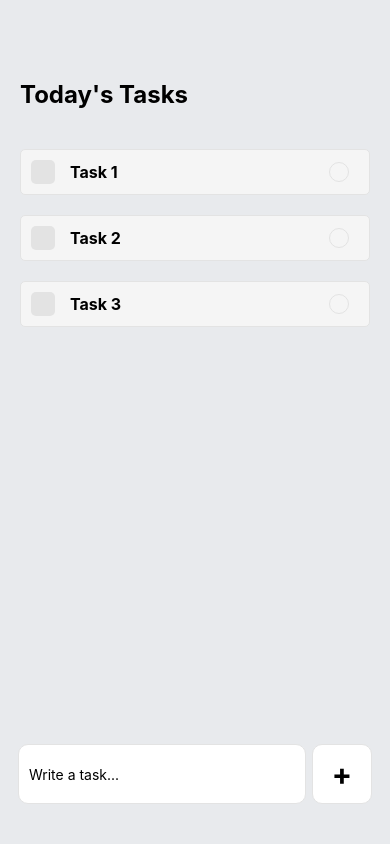
Repository: lomelo-x/ToDo-App
Screen: /
The author's editor kept a copy of each file at every save. The screen is drawn from the files as they stood at one save, then again after the next save.
The app was drawn by React Native's web renderer in a window 390 px wide. The project was rebuilt for these pictures with package versions that can differ from the ones it lists, and the page was loaded fresh each time.

Above is the screen before, as saved 2022-06-17 21:48:59.

### App.js
import { StatusBar } from 'expo-status-bar';
import React, { useState } from 'react';
import { StyleSheet, Text, View, KeyboardAvoidingView, Platform, TextInput, TouchableOpacity } from 'react-native';
import Task from './components/Task';

export default function App() {
	const [task, setTask] = useState();
	const [taskItems, setTaskItems] = useState([]);

	const handleAddTask = () => {
		setTaskItems([...taskItems, task]);
		setTask(null);
			console.log(task)
		}

	return (
		<View style={styles.container}>
			<View style={styles.todoContainer}>
				<Text style={styles.sectionTitle}>Today's Tasks</Text>
				<View style={styles.itemsContainer}>
					{taskItems.map((item, index) => (
						<Task key={index} text={item} />
					))}
					<Task text={'Task 1'} />
					<Task text={'Task 2'}/>
					<Task text={'Task 3'}/>
				</View>
			</View>
			<KeyboardAvoidingView
			behavior={Platform.OS === 'ios' ? 'padding' : "height" }
			style={styles.writeTaskContainer}>
				<TextInput style={styles.writeTaskInput} placeholder={"Write a task..."} value={task} onChangeText={text => setTask(text)} />
				<TouchableOpacity onPress={() => handleAddTask}>
					<View style={styles.addTaskButton}>
						<Text style={styles.addTaskButtonText}>+</Text>
					</View>
				</TouchableOpacity>
			</KeyboardAvoidingView>
		</View>
	);
}

const styles = StyleSheet.create({
	container: {
		flex: 1,
		backgroundColor: '#E8EAED',
	},
	todoContainer: {
		paddingTop: 80,
		paddingHorizontal: 20,
	},
	sectionTitle: {
		fontSize: 24,
		fontWeight: 'bold',
		marginBottom: 20,
	},
	itemsContainer: {
		marginTop: 20,
	},
	writeTaskContainer: {
		position: 'absolute',
		bottom: 5,
		width: '100%',
		flexDirection: 'row',
		alignItems: 'center',
		justifyContent: 'space-around',
		paddingHorizontal: 15,
		paddingVertical: 15,
		borderRadius: 10,
		marginTop: 20,
	},
writeTaskInput: {
		borderWidth: 1,
		backgroundColor: '#fff',
		borderColor: '#e3e3e3',
		borderRadius: 10,
		padding: 10,
		marginBottom: 20,
		width: '80%',
		height: 60,
	},
addTaskButton: {
		backgroundColor: '#fff',
		borderRadius: 10,
		borderWidth: 1,
		borderColor: '#e3e3e3',
		marginBottom: 20,
		width: 60,
		height: 60,
		alignItems: 'center',
		justifyContent: 'center',
	},
addTaskButtonText: {
		fontSize: 30,
		textAlign: 'center',
		fontWeight: 'bold',
	},
});

### components/Task.js
import React from 'react';
import { View, Text, StyleSheet, TouchableOpacity } from 'react-native';

const Task = ({ text }) => {
	return (
		<View style={styles.taskContainer}>
			<View style={styles.taskLeft}>
				<TouchableOpacity style={styles.square}></TouchableOpacity>
				<Text style={styles.taskText}>{text}</Text>
			</View>
			<View style={styles.taskRight}></View>
		</View>
	);
};

const styles = StyleSheet.create({
	taskContainer: {
		backgroundColor: '#f5f5f5',
		padding: 10,
		marginBottom: 10,
		borderRadius: 5,
		borderWidth: 1,
		borderColor: '#e3e3e3',
		flexDirection: 'row',
		alignItems: 'center',
		justifyContent: 'space-between',
		marginBottom: 20,
	},
	taskText: {
		fontSize: 16,
		fontWeight: 'bold',
	},
	taskLeft: {
		flexDirection: 'row',
		alignItems: 'center',
		flexWrap: 'wrap',
		maxWidth: '80%',
	},
	taskRight: {
		width: 20,
		height: 20,
		borderRadius: 50,
		borderColor: '#e3e3e3',
		borderWidth: 1,
		marginRight: 10,
	},
	square: {
		width: 24,
		height: 24,
		backgroundColor: '#e3e3e3',
		borderRadius: 5,
		marginRight: 15,
	},
});

export default Task;

After the next save:
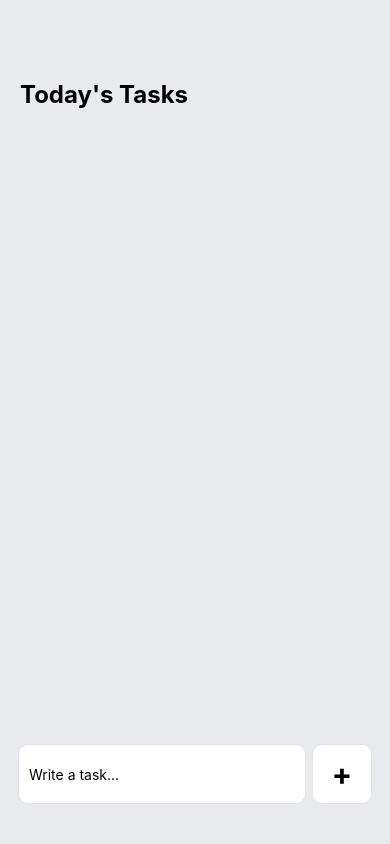
Saved 18 s later.
--- a/App.js
+++ b/App.js
@@ -21,9 +21,6 @@ export default function App() {
 					{taskItems.map((item, index) => (
 						<Task key={index} text={item} />
 					))}
-					<Task text={'Task 1'} />
-					<Task text={'Task 2'}/>
-					<Task text={'Task 3'}/>
 				</View>
 			</View>
 			<KeyboardAvoidingView
